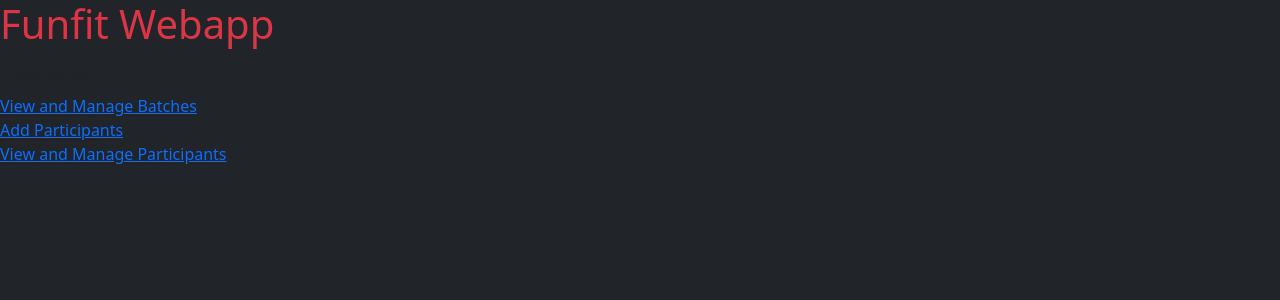
Repository: Jannis-Buschhaus/simplilearn-assessment-phase2
Page: http://localhost/FunfitWebapp/
An editor plug-in stored every save of this project. The page is shown before and after the next save, followed by the edit.
The browser window is 1280 px wide. The pictures show the whole page.
The page is served by Tomcat 9. Other server files are loaded and not shown.

Above is the page before, as saved 2024-05-30 14:16:35.

### FunfitWebapp/src/main/webapp/index.jsp
<%@ page language="java" contentType="text/html; charset=UTF-8"
    pageEncoding="UTF-8"%>
<%@ taglib prefix="c" uri="http://java.sun.com/jsp/jstl/core" %>
<!DOCTYPE html>
<html>
<head>
<meta charset="UTF-8">
<title>Funfit</title>
<link href="https://cdn.jsdelivr.net/npm/bootstrap@5.3.3/dist/css/bootstrap.min.css" rel="stylesheet" integrity="sha384-QWTKZyjpPEjISv5WaRU9OFeRpok6YctnYmDr5pNlyT2bRjXh0JMhjY6hW+ALEwIH" crossorigin="anonymous">
</head>
<body class="bg-dark">
	<h1 class="text-danger">Funfit Webapp</h1>
	<a class="btn btn-rpimary" href="addBatch.jsp">Add Batch</a><br />
	<a href="BatchController">View and Manage Batches</a><br />
	<a href="ParticipantsController?target=addParticipant">Add Participants</a><br />
	<a href="ParticipantsController?target=viewParticipant">View and Manage Participants</a><br />
</body>
</html>

After the next save:
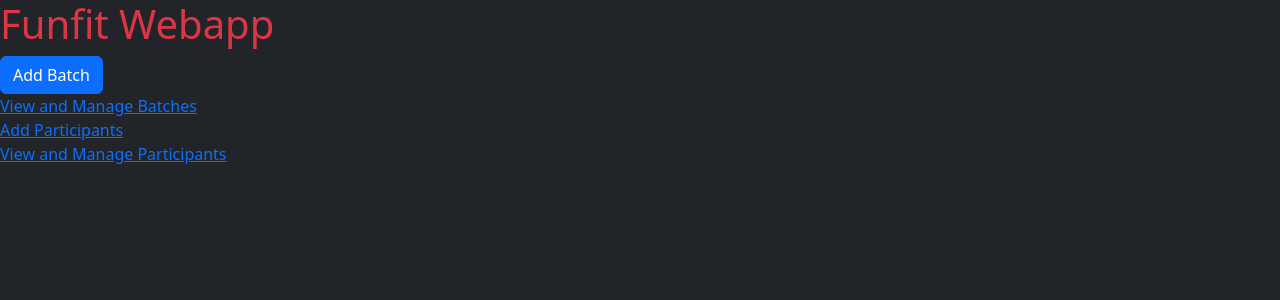
Saved 13 s later.
--- a/FunfitWebapp/src/main/webapp/index.jsp
+++ b/FunfitWebapp/src/main/webapp/index.jsp
@@ -10,7 +10,7 @@
 </head>
 <body class="bg-dark">
 	<h1 class="text-danger">Funfit Webapp</h1>
-	<a class="btn btn-rpimary" href="addBatch.jsp">Add Batch</a><br />
+	<a class="btn btn-primary" href="addBatch.jsp">Add Batch</a><br />
 	<a href="BatchController">View and Manage Batches</a><br />
 	<a href="ParticipantsController?target=addParticipant">Add Participants</a><br />
 	<a href="ParticipantsController?target=viewParticipant">View and Manage Participants</a><br />
